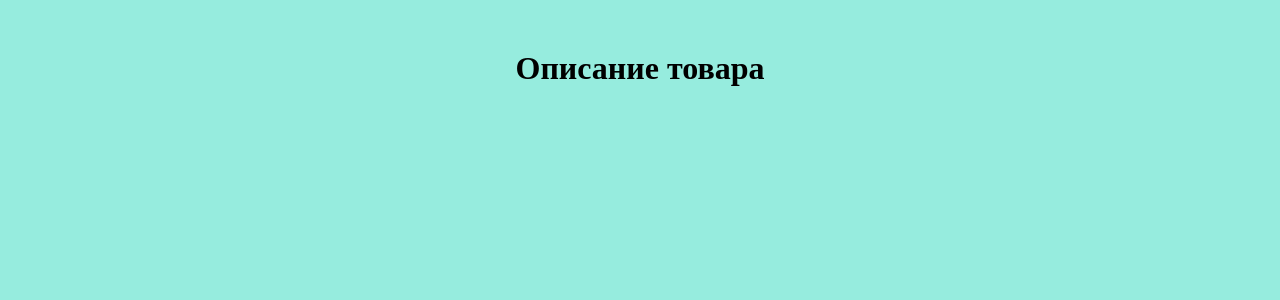
Repository: annamsklv/web
Page: seminar2_26.01/product page.html
The author's editor kept a copy of each file at every save. The page is drawn from the files as they stood at one save, then again after the next save.
The browser window is 1280 px wide. The pictures show the whole page.

Above is the page before, as saved 2023-02-01 19:00:31.

After the next save:
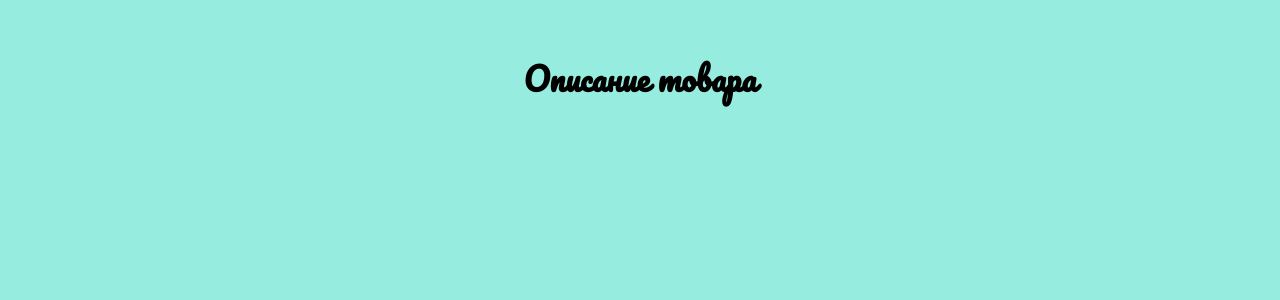
Saved 20 s later.
--- a/seminar2_26.01/product style.css
+++ b/seminar2_26.01/product style.css
@@ -10,4 +10,5 @@
 .title{
     text-align: center;
     margin-top: 50px;
+    font-family: 'Pacifico', cursive;
 }
